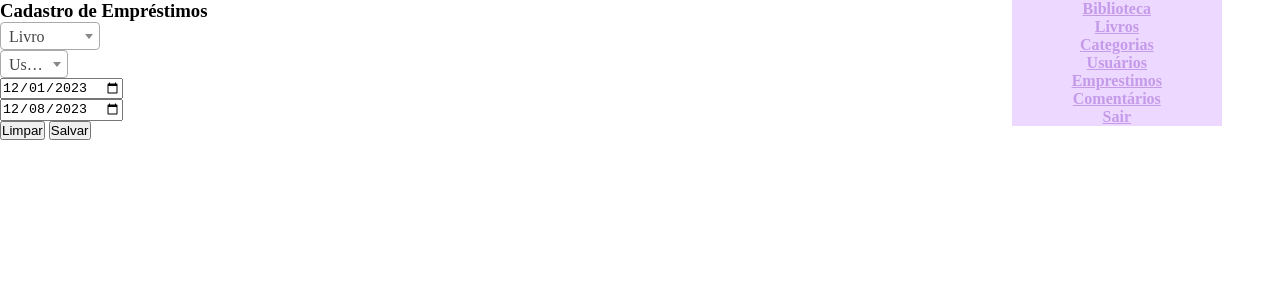
Repository: Matheus-Ghizoni/Rainbow-Library
Page: arcoiris/src/main/webapp/pages/admin/loan.html
These files come from the project's save history. The page is drawn as it stood at one moment and after the next save; the edit follows.
The browser window is 1280 px wide. The pictures show the whole page.
The page's requests for data from a server got no answer. Some web libraries are served in a nearby version.

Above is the page before, as saved 2023-12-06 17:54:01.
Console error: ReferenceError: jQuery is not defined

After the next save:
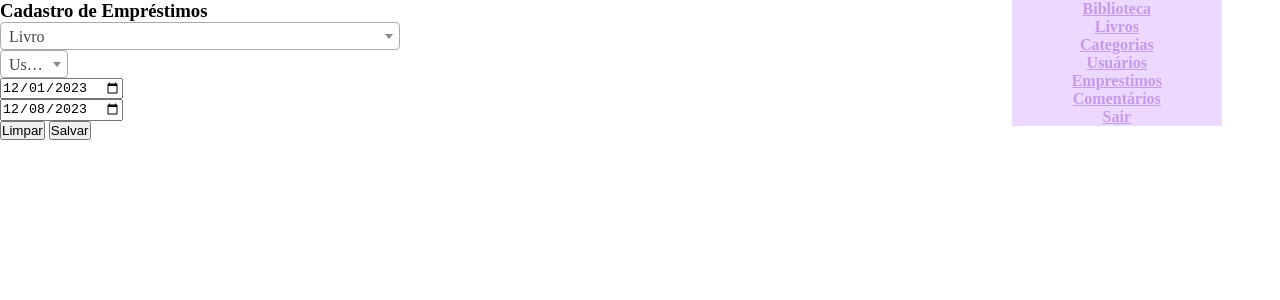
Saved 11 s later.
--- a/arcoiris/src/main/webapp/pages/admin/loan.html
+++ b/arcoiris/src/main/webapp/pages/admin/loan.html
@@ -34,7 +34,7 @@
 	<!--	Modal Emprestimo  -->
 	<h3>Cadastro de Empréstimos</h3>
 	<form class="frmloan">
-		<select name="type" class="selectBooks" id="selectBooks" onload="getAllBooks()" style="width: 100px;">
+		<select name="type" class="selectBooks" id="selectBooks" onload="getAllBooks()" style="width: 400px;">
 			<option value="">Livro</option>
 		</select><br>
 		<select name="type" class="selectUsers" id="selectUsers" onload="getAllUsers()">
